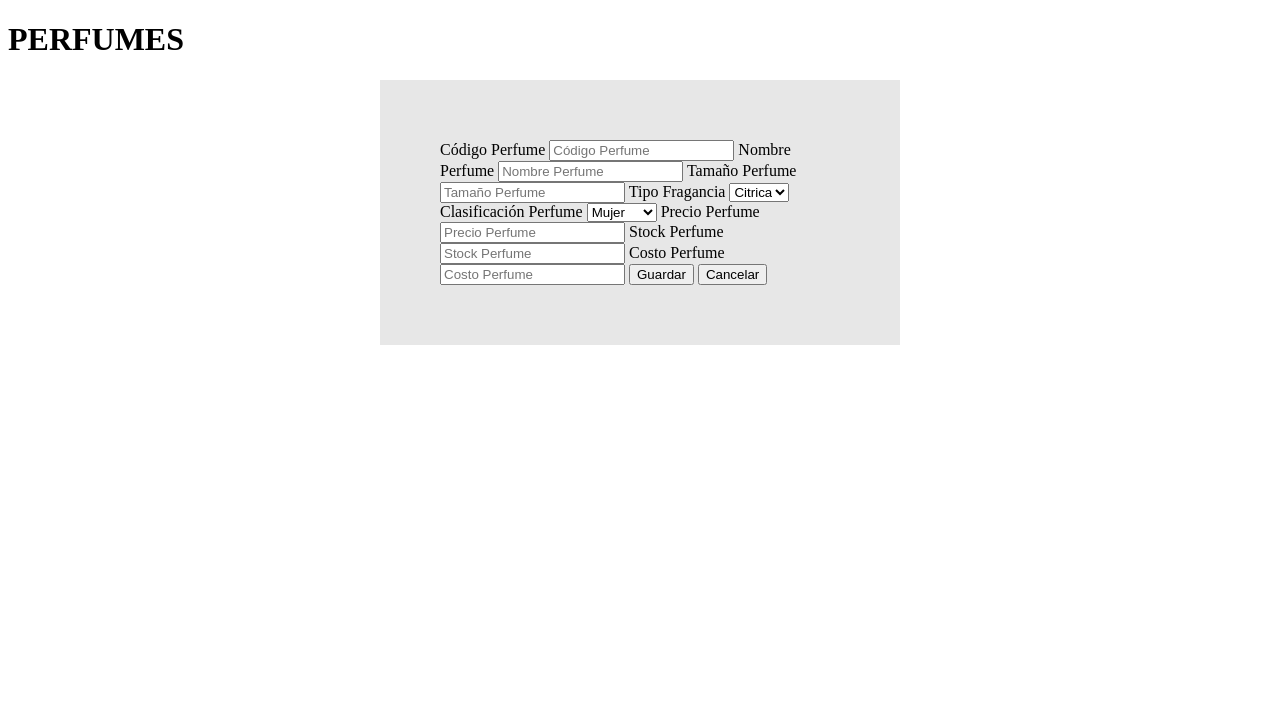
Repository: alejamorenovallejo/arosmile
Page: perfume.html
The author's editor kept a copy of each file at every save. The page is drawn from the files as they stood at one save, then again after the next save.
The browser window is 1280 px wide. The pictures show the whole page.

Above is the page before, as saved 2021-09-12 02:15:12.
Not found: main.js

### perfume.html
<!DOCTYPE html>
<html>
  <head>
    <meta charset="utf-8" />
    <meta http-equiv="X-UA-Compatible" content="IE=edge" />
    <title>Perfumes</title>
    <meta name="viewport" content="width=device-width, initial-scale=1" />
    <link
      rel="stylesheet"
      type="text/css"
      media="screen"
      href="css/style.css"
    />
    <script src="main.js"></script>
  </head>
  <body>
    <header></header>
    <main>
      <h1>PERFUMES</h1>
      <div>
        <form action="" method="POST">
          <label for="codigo_perfume">
            <span>Código Perfume</span>
            <input
              type="text"
              id="codigo_perfume"
              name="codigo_perfume"
              placeholder="Código Perfume"
            />
          </label>
          <label for="nombre_perfume">
            <span>Nombre Perfume</span>
            <input
              type="text"
              id="nombre_perfume"
              name="nombre_perfume"
              placeholder="Nombre Perfume"
            />
          </label>
          <label for="tamano_perfume">
            <span>Tamaño Perfume</span>
            <input
              type="number"
              id="tamano_perfume"
              name="tamano_perfume"
              placeholder="Tamaño Perfume"
            />
          </label>
          <label for="tipo_frangancia">
            <span>Tipo Fragancia</span>
            <select
              name="tipo_frangancia"
              id="tipo_frangancia"
              placeholder="Tipo Fragancia"
            >
              <option value="1">Citrica</option>
            </select>
          </label>
          <label for="clasificacion_perfume">
            <span>Clasificación Perfume</span>
            <select
              name="clasificacion_perfume"
              id="clasificacion_perfume"
              placeholder="Clasificación Perfume"
            >
              <option value="1">Mujer</option>
              <option value="2">Hombre</option>
              <option value="3">Infantil</option>
            </select>
          </label>
          <label for="precio_perfume">
            <span>Precio Perfume</span>
            <input
              type="number"
              id="precio_perfume"
              name="precio_perfume"
              placeholder="Precio Perfume"
            />
          </label>
          <label for="stock_perfume">
            <span>Stock Perfume</span>
            <input
              type="number"
              id="stock_perfume"
              name="stock_perfume"
              placeholder="Stock Perfume"
            />
          </label>
          <label for="costo_perfume">
            <span>Costo Perfume</span>
            <input
              type="number"
              id="costo_perfume"
              name="costo_perfume"
              placeholder="Costo Perfume"
            />
          </label>
          <input
            type="submit"
            id="guardar_perfume"
            name="guardar_perfume"
            value="Guardar"
          />
          <input
            type="button"
            id="cancelar_perfume"
            name="cancelar_perfume"
            value="Cancelar"
          />
        </form>
      </div>
    </main>
  </body>
</html>

### css/style.css
form {
  padding: 60px;
  max-width: 400px;
  background-color: #e7e7e7;
  margin: 0 auto;
}

After the next save:
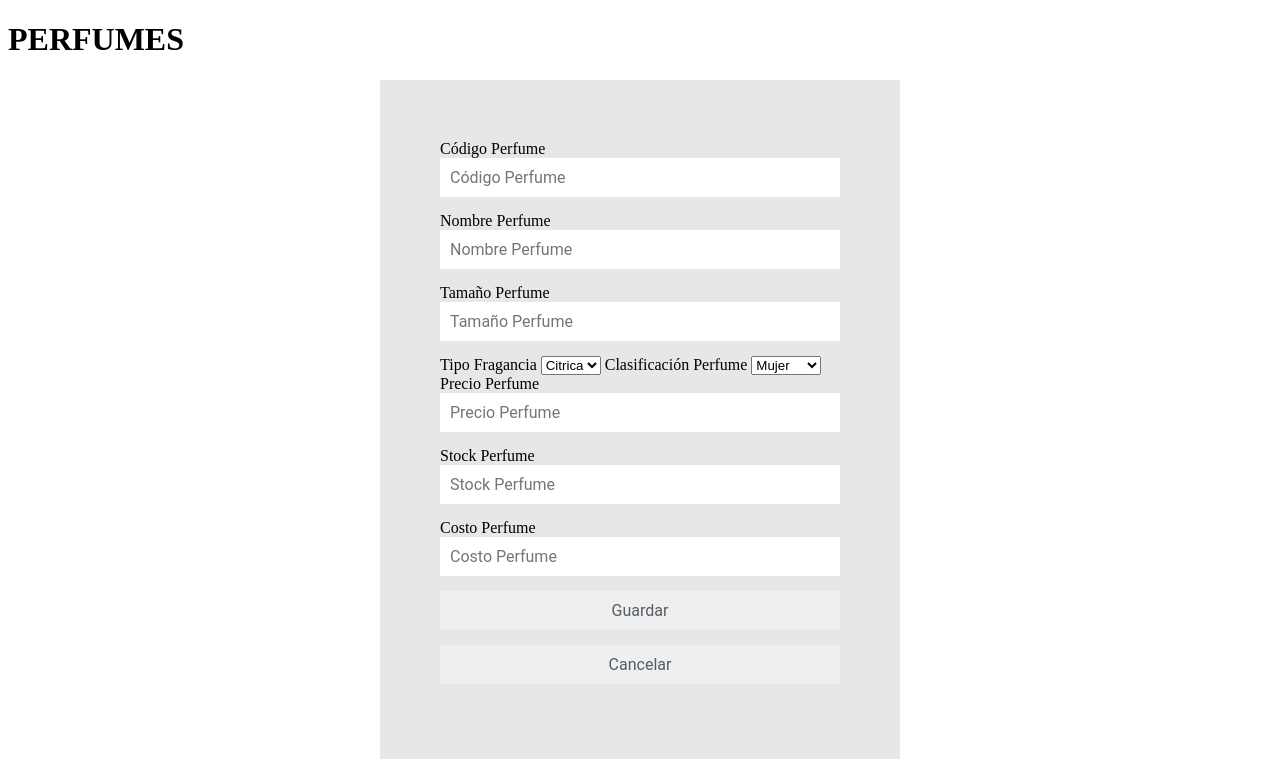
Saved 65 s later.
--- a/css/style.css
+++ b/css/style.css
@@ -4,3 +4,15 @@ form {
   background-color: #e7e7e7;
   margin: 0 auto;
 }
+form input, form textarea{
+    margin-bottom: 15px;
+    font-family: "Roboto", sans-serif;
+    width: 100%;
+    padding: 10px;
+    -webkit-box-sizing: border-box;
+    box-sizing: border-box;
+    border: none;
+    color: #525c66;
+    font-size: 1em;
+    resize: horizontal;
+  }
